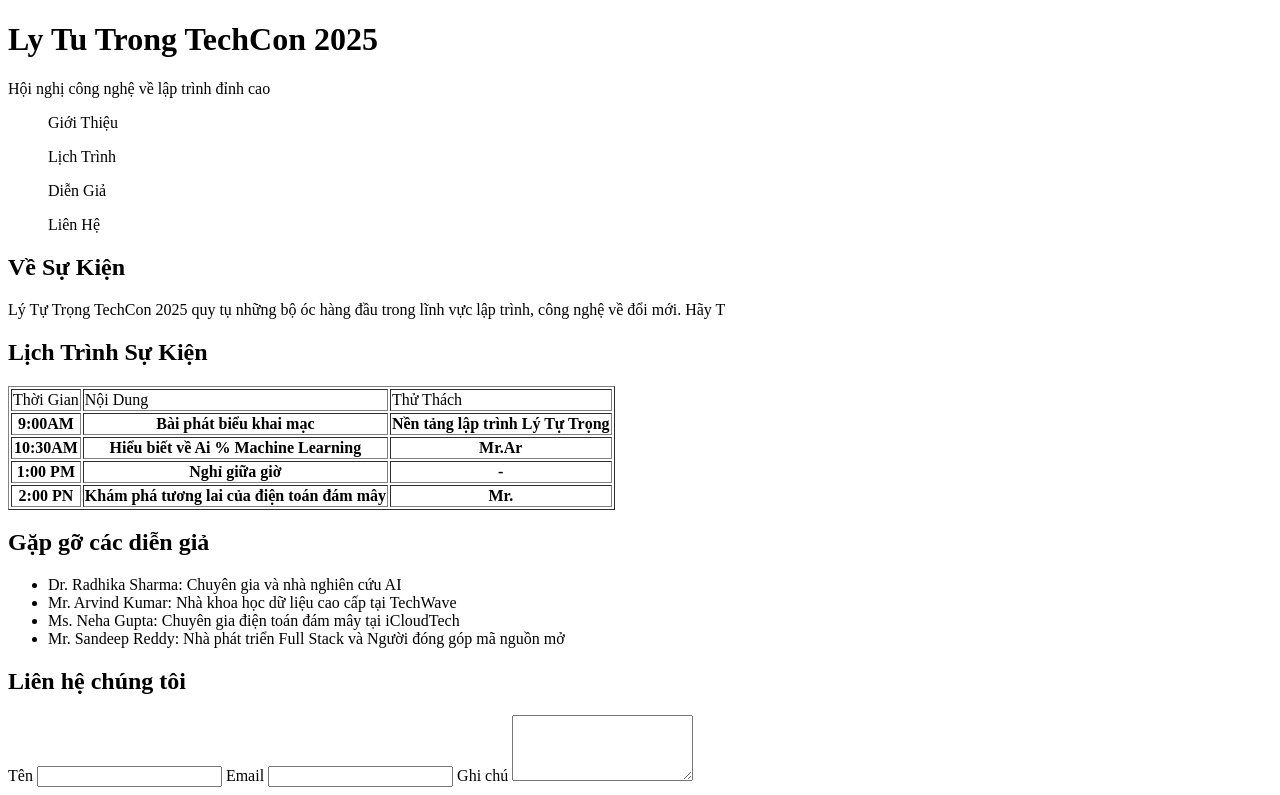
Repository: NhatMinh121/BaiTapVeNha1
Page: index.html
These files come from the project's save history. The page is drawn as it stood at one moment and after the next save; the edit follows.
The browser window is 1280 px wide. The pictures show the whole page.

Above is the page before, as saved 2025-03-28 22:29:43.

### index.html
<!DOCTYPE html>
<html lang="en">

<head>
    <meta charset="UTF-8">
    <meta name="viewport" content="width=device-width, initial-scale=1.0">
    <title>Document</title>
    <link rel="stylesheet" href="style.css">
</head>

<body>
    <header>
        <h1>Ly Tu Trong TechCon 2025</h1>
        <p>Hội nghị công nghệ về lập trình đỉnh cao</p>
        <div class="menu">
            <div>
                <ul>Giới Thiệu</ul>
                <ul>Lịch Trình</ul>
                <ul>Diễn Giả</ul>
                <ul>Liên Hệ</ul>
            </div>
        </div>
    </header>
    <main>
        <div class="main-event">
            <h2>Về Sự Kiện</h2>
            <p>Lý Tự Trọng TechCon 2025 quy tụ những bộ óc hàng đầu trong lĩnh vực lập trình, công nghệ về đổi mới. Hãy T</p>
        </div>
        <div class="main-schedule">
            <h2>Lịch Trình Sự Kiện</h2>
            <table border="1">
                <tr>
                    <td>Thời Gian</td>
                    <td>Nội Dung</td>
                    <td>Thử Thách</td>
                </tr>
                <tr>
                    <th>9:00AM</th>
                    <th>Bài phát biểu khai mạc</th>
                    <th>Nền tảng lập trình Lý Tự Trọng</th>
                </tr>
                <tr>
                    <th>10:30AM</th>
                    <th>Hiểu biết về Ai % Machine Learning</th>
                    <th>Mr.Ar</th>
                </tr>
                <tr>
                    <th>1:00 PM</th>
                    <th>Nghỉ giữa giờ</th>
                    <th>-</th>
                </tr>
                <tr>
                    <th>2:00 PN</th>
                    <th>Khám phá tương lai của điện toán đám mây</th>
                    <th>Mr.</th>
                </tr>
            </table>
        </div>
        <div class="Meeting">
            <h2>Gặp gỡ các diễn giả</h2>
            <ul>
                <li><span class="name">Dr. Radhika Sharma:</span> Chuyên gia và nhà nghiên cứu AI</li>
                <li><span class="name">Mr. Arvind Kumar:</span> Nhà khoa học dữ liệu cao cấp tại TechWave</li>
                <li><span class="name">Ms. Neha Gupta:</span> Chuyên gia điện toán đám mây tại iCloudTech</li>
                <li><span class="name">Mr. Sandeep Reddy:</span> Nhà phát triển Full Stack và Người đóng góp mã nguồn mở</li>
            </ul>
        </div>
    </main>

    <footer>
        <div class="footer-contract">
            <h2>Liên hệ chúng tôi</h2>
            <form action="#" method="post">
                <label for="name">Tên</label>
                <input type="text" id="name" name="name" required>
                <label for="email">Email</label>
                <input type="email" id="email" name="email" required>
                <label for="message">Ghi chú</label>
                <textarea id="message" name="message" rows="4" required></textarea>
            </form>
        </div>

    </footer>

</body>

Loaded but not shown: style.css (no stored copy; drawn as an empty file)

After the next save:
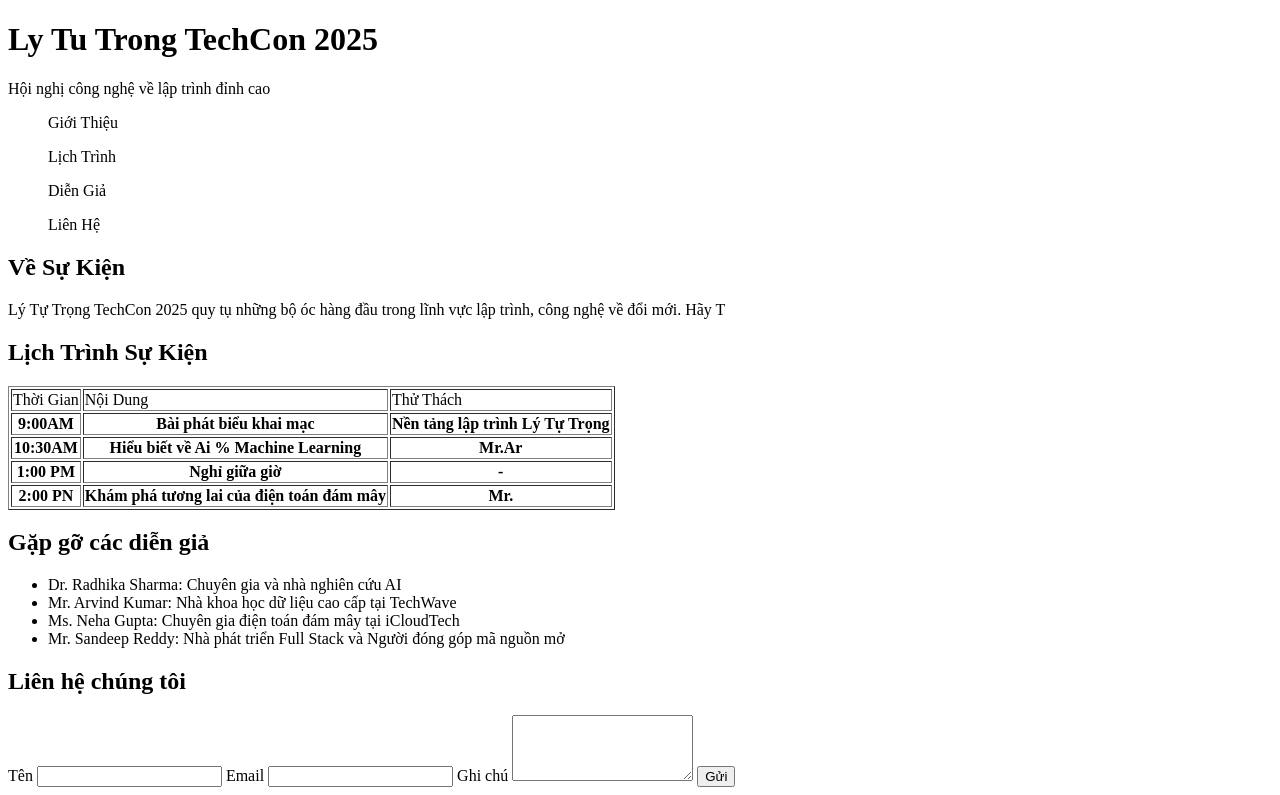
Saved 6 s later.
--- a/index.html
+++ b/index.html
@@ -77,6 +77,7 @@
                 <input type="email" id="email" name="email" required>
                 <label for="message">Ghi chú</label>
                 <textarea id="message" name="message" rows="4" required></textarea>
+                <input type="submit" value="Gửi">
             </form>
         </div>
 
